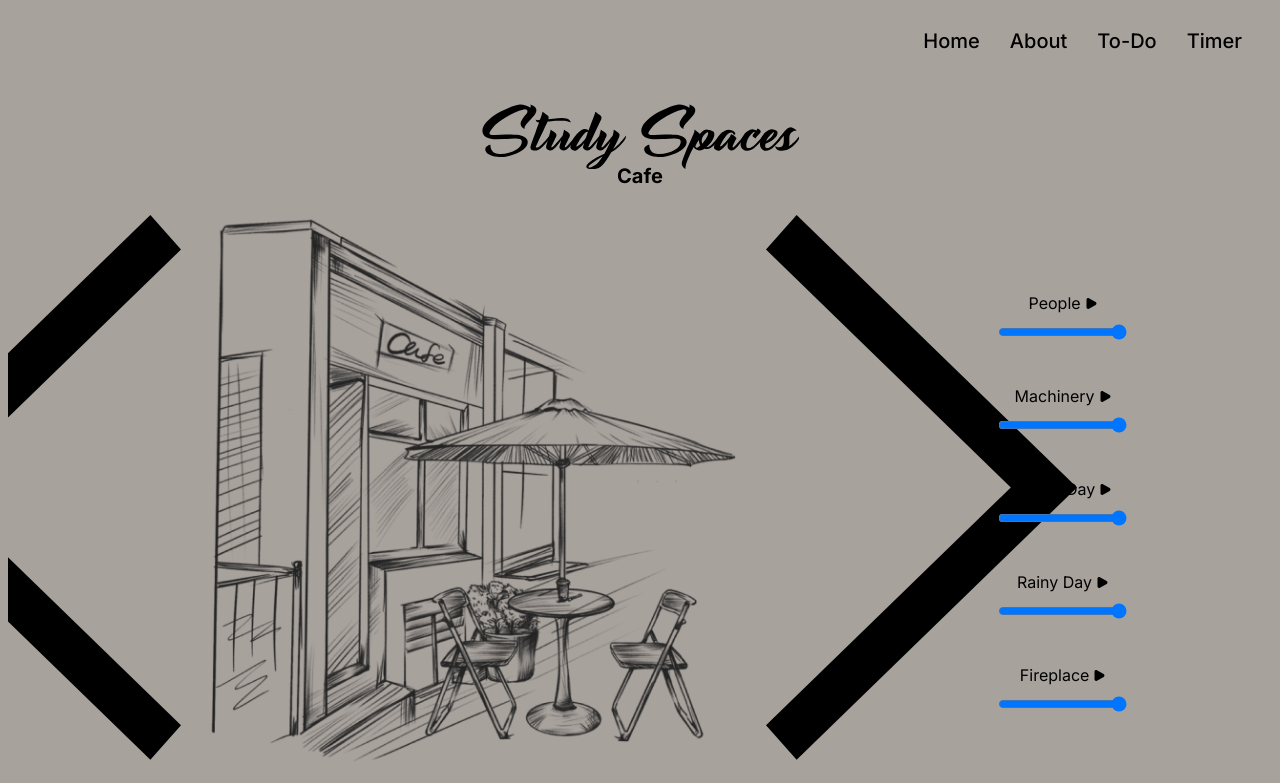
Repository: kaitlynlie/studyspaces
Page: / (app in studyspaces/)
An editor plug-in stored every save of this project. The page is shown before and after the next save, followed by the edit.
The browser window is 1280 px wide. The pictures show the whole page.
The project was rebuilt for these pictures with package versions that can differ from the ones it lists, and the page was loaded fresh each time. Also part of the build but not shown: studyspaces/vite.config.ts. Imported but missing from the stored project, and not drawn on this page: studyspaces/src/audio/fireplace.wav, studyspaces/src/audio/people.wav, studyspaces/src/audio/rain.wav, studyspaces/src/audio/softmachinery.mp3, studyspaces/src/audio/sun.wav.

Above is the page before, as saved 2023-09-28 10:57:49.

### studyspaces/index.html
<!DOCTYPE html>
<html lang="en">
  <head>
    <meta charset="UTF-8" />
    <link rel="icon" type="image/svg+xml" href="/vite.svg" />
    <meta name="viewport" content="width=device-width, initial-scale=1.0" />
    <title>Study Spaces</title>
  </head>
  <body>
    <div id="root"></div>
    <script type="module" src="/src/main.tsx"></script>
  </body>
</html>

### studyspaces/src/main.tsx
import React from 'react'
import ReactDOM from 'react-dom/client'
import App from './App'
import './index.scss'
import { BrowserRouter } from 'react-router-dom'

ReactDOM.createRoot(document.getElementById('root')!).render(
  <BrowserRouter>
    <App />
  </BrowserRouter>,
)

### studyspaces/src/App.tsx
import clsx from "clsx";
import { Route, Routes } from 'react-router-dom'
import React from "react";
import { Home } from "./pages/Home";
import { Navbar } from "./pages";

function App() {
  return (
    <>
      <div className={clsx("app", "w-full overflow-hidden")}>
          {/* <img
            src={tracks}
            alt='tracks'
            className={clsx(styles.tracks)}
          />  */}
        <Navbar />
        <Routes>
          <Route index path="/" element={<Home />} />
          {/* <Route path="about" element={<About />} />
          <Route path="membership" element={<Membership />} />
          <Route path="faq" element={<FAQ />} />
          <Route path="blog" element={<Blog />} />
          <Route path="careers" element={<Careers />} />
          <Route path='blog2' element={<Blog2 />} /> */}
      </Routes>
      </div>
    </>
  )
  }

export default App;

### studyspaces/src/index.scss
@import url("https://fonts.googleapis.com/css2?family=Inter:wght@400;500;600;700;800;900&display=swap");
// @import "./style/globals/general.scss";

@tailwind base;
@tailwind components;
@tailwind utilities;

:root {
  font-family: Inter;
  overflow-x: hidden;
}

@keyframes jump {
  0%, 100% {
    transform: translateY(0);
  }
  50% {
    transform: translateY(-20px);
  }
}

.jumping-word {
  display: inline-block;
  animation: jump 1s infinite;
}

### studyspaces/src/pages/Home.tsx
import styles from "./home.module.scss";
import clsx from "clsx";
import { title, coffee, leftarrow, rightarrow, play, pause } from "../assets";
import React, { ChangeEvent, useState, useRef } from 'react';
import { people, machinery, sunny, rainy, fire } from "../audio";

export function Home() {
  const [sliderValues, setSliderValues] = useState({
    peopleVolumeSlider: 1,
    machVolumeSlider: 1,
    sunnyVolumeSlider: 1,
    rainyVolumeSlider: 1,
    fireVolumeSlider: 1,
  });

  const handleSliderChange = (event: ChangeEvent<HTMLInputElement>) => {
    const { id, value } = event.target;
    setSliderValues((prevValues) => ({
      ...prevValues,
      [id]: parseFloat(value),
    }));
  };

  const [isPlaying, setIsPlaying] = useState<AudioState>({});

  interface AudioState {
    [key: string]: boolean;
  }

  const handlePlayButtonClick = (audioId: string) => {
    setIsPlaying((prevState) => ({
      ...prevState,
      [audioId]: !prevState[audioId] || !prevState[audioId],
    }));
  };

  return (
    <div className={clsx(styles.body)}>
        <section className={clsx(styles.home)}>
            <img src={title} className={clsx(styles.title)}/>
            <h4>Cafe</h4>
            <div className={clsx(styles.content)}>
              <div className={clsx(styles.hero)}>
                <img id="leftArrow" src={leftarrow} />
                <img src={coffee} className={clsx(styles.coffee)} />
                <img id="rightArrow" src={rightarrow} />
              </div>

              <div className={clsx(styles.audiolist)}>
                <div className={clsx(styles.audio)}>
                  <div className={clsx(styles.title)}>
                    <p>People</p>
                    <img
                      src={play}
                      width="11"
                      height="11"
                      id="peoplePlayButton"
                      onClick={() => handlePlayButtonClick("peopleAudioPlayer")}                    />
                  </div>
                  <audio id="peopleAudioPlayer">
                    <source src={people} type="audio/wav" />
                  </audio>
                  <input
                    type="range"
                    id="peopleVolumeSlider"
                    min={0}
                    max={1}
                    step={0.1}
                    value={sliderValues.peopleVolumeSlider}
                    onChange={handleSliderChange}
                  />
                </div>

                <div className={clsx(styles.audio)}>
                  <div className={clsx(styles.title)}>
                    <p>Machinery</p>
                    <img
                      src={play}
                      width="11"
                      height="11"
                      id="machPlayButton"
                      onClick={() => handlePlayButtonClick("machAudioPlayer")}
                    />
                  </div>
                  <audio id="machAudioPlayer">
                    <source src={machinery} type="audio/mp3" />
                  </audio>
                  <input
                    type="range"
                    id="machVolumeSlider"
                    min={0}
                    max={1}
                    step={0.1}
                    value={sliderValues.machVolumeSlider}
                    onChange={handleSliderChange}
                  />
                </div>

                <div className={clsx(styles.audio)}>
                  <div className={clsx(styles.title)}>
                    <p>Sunny Day</p>
                    <img
                      src={play}
                      width="11"
                      height="11"
                      id="sunnyPlayButton"
                      onClick={() => handlePlayButtonClick("sunnyAudioPlayer")}
                    />
                  </div>
                  <audio id="sunnyAudioPlayer">
                    <source src={sunny} type="audio/wav" />
                  </audio>
                  <input
                    type="range"
                    id="sunnyVolumeSlider"
                    min={0}
                    max={1}
                    step={0.1}
                    value={sliderValues.sunnyVolumeSlider}
                    onChange={handleSliderChange}
                  />
                </div>

                <div className={clsx(styles.audio)}>
                  <div className={clsx(styles.title)}>
                    <p>Rainy Day</p>
                    <img
                      src={play}
                      width="11"
                      height="11"
                      id="rainyPlayButton"
                      onClick={() => handlePlayButtonClick("rainyAudioPlayer")}
                    />
                  </div>
                  <audio id="rainyAudioPlayer">
                    <source src={rainy} type="audio/wav" />
                  </audio>
                  <input
                    type="range"
                    id="rainyVolumeSlider"
                    min={0}
                    max={1}
                    step={0.1}
                    value={sliderValues.rainyVolumeSlider}
                    onChange={handleSliderChange}
                  />
                </div>

                <div className={clsx(styles.audio)}>
                  <div className={clsx(styles.title)}>
                    <p>Fireplace</p>
                    <img
                      src={play}
                      width="11"
                      height="11"
                      id="firePlayButton"
                      onClick={() => handlePlayButtonClick("fireAudioPlayer")}
                    />
                  </div>
                  <audio id="fireAudioPlayer">
                    <source src={fire} type="audio/wav" />
                  </audio>
                  <input
                    type="range"
                    id="fireVolumeSlider"
                    min={0}
                    max={1}
                    step={0.1}
                    value={sliderValues.fireVolumeSlider}
                    onChange={handleSliderChange}
                  />
                </div>
              </div>
            </div>
        </section>
    </div>
  );
}

### studyspaces/src/pages/index.ts
import Navbar from "./Navbar";

export {
    Navbar
}

### studyspaces/src/pages/home.module.scss
body {
    background-color: rgb(168, 162, 157);
    section.home {
        padding: 10px;
        display: flex;
        flex-direction: column;
        justify-content: center;
        align-items: center;
        overflow-y: hidden;
        .title {
            margin-top: 20px;
        }
        h4 {
            text-align: center;
            font-size: 20px;
            font-weight: 700;
            margin-top: -5px;
        }
        .content {
            display: flex;
            justify-content: space-between;
            gap: 200px;
            transition: gap 0.3s ease;
            // @media (max-width: 1089px) {
            //     gap: 50px;
            // }
            // @media (max-width: 919px) {
            //   flex-direction: column;
            // }
            .hero {
                display: flex;
                justify-content: center;
                gap: 30px;
                .coffee {
                    max-width: 550px;
                    max-height: 550px;
                    width: 100%;
                    height: 100%;
                    @media (max-width: 664px) {
                        max-width: 300px;
                        max-height: 300px;
                    }
                }
            }
            .audiolist {
                display: flex;
                flex-direction: column;
                align-items: center;
                justify-content: center;
                .audio {
                    display: flex;
                    flex-direction: column;
                    justify-content: center;
                    align-items: center;
                    .title {
                        display: flex;
                        flex-direction: row;
                        justify-content: center;
                        align-items: center;
                        gap: 5px;
                        img {
                            cursor: pointer;
                        }
                        .custom-range-slider {
                            appearance: none;
                            width: 100%;
                            height: 8px;
                            border-radius: 5px;
                            background-color: black;
                            outline: none;
                          }

                          .custom-range-slider::-webkit-slider-thumb {
                            appearance: none;
                            width: 16px;
                            height: 16px;
                            border-radius: 50%;
                            background-color: white;
                            cursor: pointer;
                          }

                          .custom-range-slider::-moz-range-thumb {
                            width: 16px;
                            height: 16px;
                            border-radius: 50%;
                            background-color: white;
                            cursor: pointer;
                          }

                          .custom-range-slider::-ms-thumb {
                            width: 16px;
                            height: 16px;
                            border-radius: 50%;
                            background-color: white;
                            cursor: pointer;
                          }
                        #peopleVolumeSlider {
                            -webkit-appearance: none;
                            appearance: none;
                            width: 100%;
                            height: 5px;
                            background-color: black; /* Set the default color of the track/bar */
                            outline: none;
                            position: relative;
                          }

                          #peopleVolumeSlider::-webkit-slider-thumb {
                            -webkit-appearance: none;
                            appearance: none;
                            width: 12px;
                            height: 12px;
                            background-color: black; /* Set the color of the slider thumb */
                            cursor: pointer;
                            border-radius: 50%;
                            position: relative;
                            z-index: 1;
                          }

                          #sunnyVolumeSlider {
                            -webkit-appearance: none;
                            appearance: none;
                            width: 100%;
                            height: 5px;
                            background-color: black; /* Set the default color of the track/bar */
                            outline: none;
                            position: relative;
                          }

                          #sunnyVolumeSlider::-webkit-slider-thumb {
                            -webkit-appearance: none;
                            appearance: none;
                            width: 12px;
                            height: 12px;
                            background-color: black; /* Set the color of the slider thumb */
                            cursor: pointer;
                            border-radius: 50%;
                            position: relative;
                            z-index: 1;
                          }

                          #rainyVolumeSlider {
                            -webkit-appearance: none;
                            appearance: none;
                            width: 100%;
                            height: 5px;
                            background-color: black; /* Set the default color of the track/bar */
                            outline: none;
                            position: relative;
                          }

                          #rainyVolumeSlider::-webkit-slider-thumb {
                            -webkit-appearance: none;
                            appearance: none;
                            width: 12px;
                            height: 12px;
                            background-color: black; /* Set the color of the slider thumb */
                            cursor: pointer;
                            border-radius: 50%;
                            position: relative;
                            z-index: 1;
                          }

                          #machVolumeSlider {
                            -webkit-appearance: none;
                            appearance: none;
                            width: 100%;
                            height: 5px;
                            background-color: black; /* Set the default color of the track/bar */
                            outline: none;
                            position: relative;
                          }

                          #machVolumeSlider::-webkit-slider-thumb {
                            -webkit-appearance: none;
                            appearance: none;
                            width: 12px;
                            height: 12px;
                            background-color: black; /* Set the color of the slider thumb */
                            cursor: pointer;
                            border-radius: 50%;
                            position: relative;
                            z-index: 1;
                          }

                          #fireVolumeSlider {
                            -webkit-appearance: none;
                            appearance: none;
                            width: 100%;
                            height: 5px;
                            background-color: black; /* Set the default color of the track/bar */
                            outline: none;
                            position: relative;
                          }

                          #fireVolumeSlider::-webkit-slider-thumb {
                            -webkit-appearance: none;
                            appearance: none;
                            width: 12px;
                            height: 12px;
                            background-color: black; /* Set the color of the slider thumb */
                            cursor: pointer;
                            border-radius: 50%;
                            position: relative;
                            z-index: 1;
                          }
                    }
                    input {
                        margin-top: -5px;
                        margin-bottom: 10px
                    }
                }
            }
        }
    }
}

### studyspaces/src/assets/index.ts
import title from './title.svg'
import coffee from './coffee.png'
import leftarrow from './leftarrow.svg'
import rightarrow from './rightarrow.svg'
import play from './play.svg'
import pause from './pause.svg'

export {
    title,
    coffee,
    leftarrow,
    rightarrow,
    play,
    pause
}

### studyspaces/src/audio/index.ts
import people from './people.wav'
import machinery from './softmachinery.mp3'
import sunny from './sun.wav'
import rainy from './rain.wav'
import fire from './fireplace.wav'

export {
    people,
    machinery,
    sunny,
    rainy,
    fire
}

### studyspaces/src/pages/Navbar.tsx
import React from 'react'
import styles from './Navbar.module.scss'
import clsx from 'clsx'
import { title } from '../assets'
import { Link } from 'react-router-dom'
import { useState } from 'react'
import { RiMenu3Line, RiCloseLine } from 'react-icons/ri';

const Navbar = () => {
  const [toggleMenu, setToggleMenu] = useState(false);
  const [nav, setNav] = useState(false);

  const openNav = () => {
    setNav(!nav);
  };

  return (
    <nav className={clsx(styles.navbar)}>
    <div className={clsx(styles.bar)}>
      <ul className={clsx(styles.components)}>
        <Link onClick={openNav} to='/'><li><a>Home</a></li></Link>
        <Link onClick={openNav} to='/about'><li><a>About</a></li></Link>
        <Link onClick={openNav} to='/membership'><li><a>To-Do</a></li></Link>
        <Link onClick={openNav} to='/faq'><li><a>Timer</a></li></Link>
      </ul>
    </div>

    {/* <div className={clsx(styles.signin)}>
      <p>Sign In</p>
      <button
        type="button"
        className={clsx(styles.button)}>
        Register
      </button>
    </div> */}

    <div className={clsx(styles.toggle)}>
        {toggleMenu
          ? <RiCloseLine color="#000" size={27} onClick={() => setToggleMenu(false)} />
          : <RiMenu3Line color="#000" size={27} onClick={() => setToggleMenu(true)} />}
        {toggleMenu && (
        <div className={clsx(styles.box)}>
          <div className="none">
            <ul className={clsx(styles.dropdown)}>
            <Link onClick={openNav} to='/'><li><a>Home</a></li></Link>
            <Link onClick={openNav} to='/about'><li><a>About</a></li></Link>
            <Link onClick={openNav} to='/membership'><li><a>To-Do</a></li></Link>
            <Link onClick={openNav} to='/faq'><li><a>Timer</a></li></Link>
            <li><a>Sign In</a></li>
            <li><a>Register</a></li>
            </ul>
          </div>
        </div>
        )}
        </div>
  </nav>
  )
}

export default Navbar

### studyspaces/src/pages/Navbar.module.scss
nav.navbar {
    display: flex;
    flex-direction: row;
    align-items: center;
    justify-content: flex-end;
    z-index: 10;
    .components {
      display: flex;
      flex-direction: row;
      gap: 30px;
      font-size: 20px;
      font-weight: 500;
      line-height: 130%;
      z-index: 10;
      cursor: pointer;
      margin-right: 30px;
      a {
        z-index: 10;
        list-style-type: none;
        text-decoration: none;
        color: inherit;
      }
      @media (max-width: 1156px) {
        display: none;
      }
    }
    .signin {
      display: flex;
      flex-direction: row;
      align-items: center;
      gap: 10px;
      font-size: 20px;
      font-weight: 500;
      line-height: 130%;
      z-index: 10;
      cursor: pointer;
      @media (max-width: 1156px) {
        display: none;
      }
      .button {
        border-radius: 5px;
        background: #184171;
        width: 150px;
        height: 49px;
        color: white;
        margin-right: 5px;
        z-index: 10;
      }
    }
    .toggle {
      position: relative;
      cursor: pointer;
      z-index: 10;
      display: none;
      margin-left: 20px;
      margin-right: 5px;
      @media (max-width: 1156px) {
        display: block;
      }
      .box {
        display: flex;
        justify-content: flex-end;
        align-items: flex-end;
        flex-direction: column;
        text-align: end;
        background-color: #184171c9;
        padding: 16px;
        position: absolute;
        top: 40px;
        right: 10px;
        border-radius: 5px;
        box-shadow: 0 10px 20px 0 rgba(0,0,0,0.5);
        z-index: 10;
        .dropdown {
          display: flex;
          justify-content: flex-end;
          align-items: flex-end;
          flex-direction: column;
          color: white;
          text-align: end;
          padding: 1px;
          li {
            margin-top: 8px;
          }
        }
      }
    }
  }

After the next save:
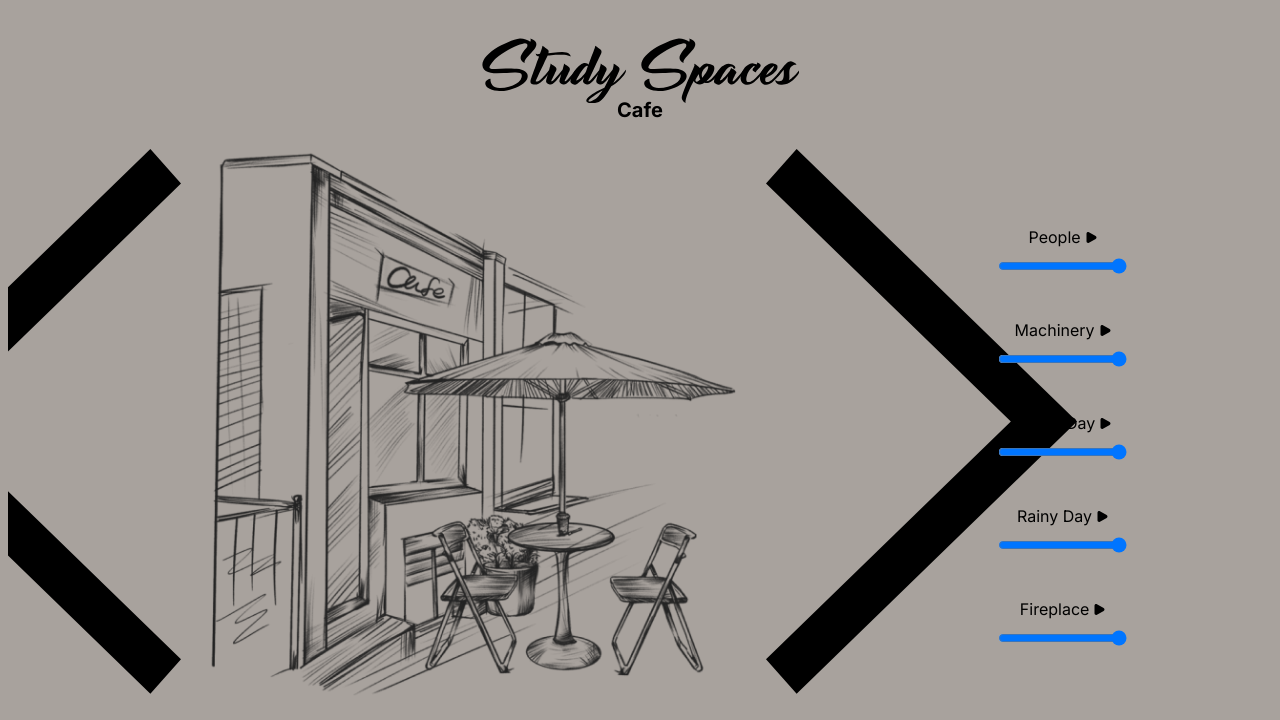
Saved 25 s later.
--- a/studyspaces/src/App.tsx
+++ b/studyspaces/src/App.tsx
@@ -13,7 +13,7 @@ function App() {
             alt='tracks'
             className={clsx(styles.tracks)}
           />  */}
-        <Navbar />
+        {/* <Navbar /> */}
         <Routes>
           <Route index path="/" element={<Home />} />
           {/* <Route path="about" element={<About />} />
